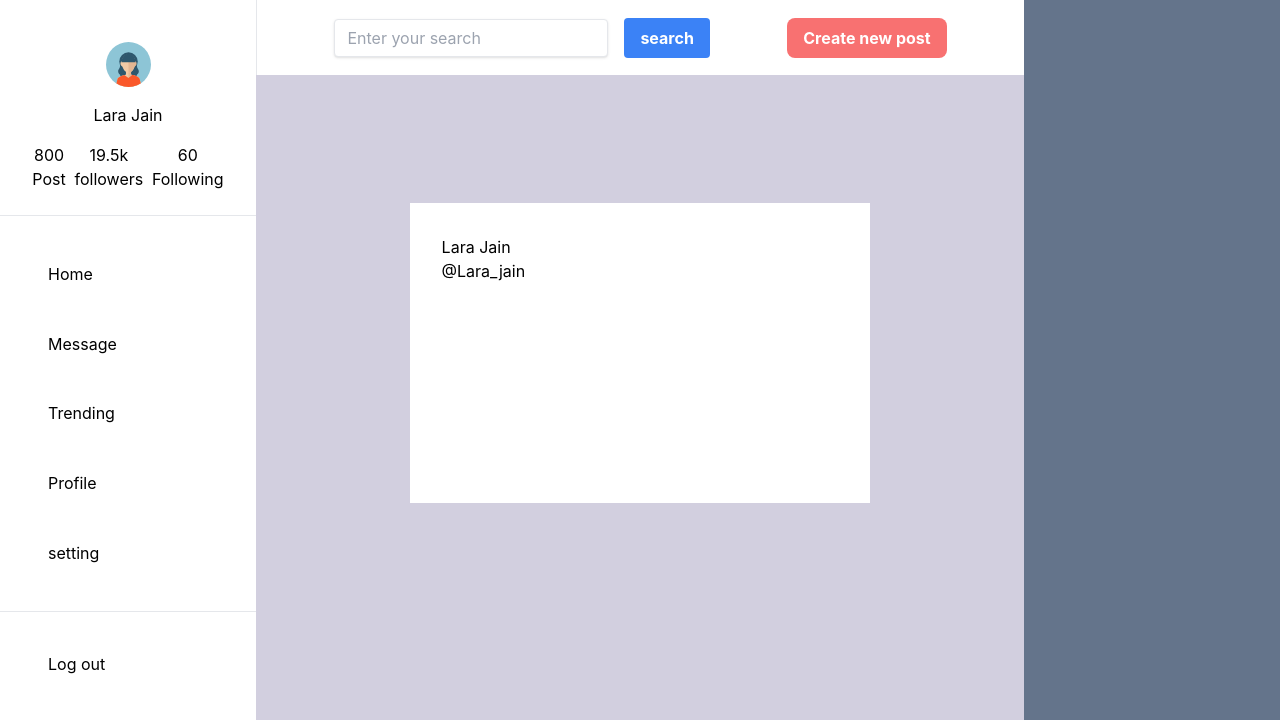
Repository: cosmicswati/upgrad-captions-project
Page: /
These files come from the project's save history. The page is drawn as it stood at one moment and after the next save; the edit follows.
The browser window is 1280 px wide. The pictures show the whole page.
The project was rebuilt for these pictures with package versions that can differ from the ones it lists, and the page was loaded fresh each time. Also part of the build but not shown: src/modules/Authorization/Form.jsx, src/modules/Authorization/index.js.

Above is the page before, as saved 2024-04-09 15:18:27.

### src/index.css
@tailwind base;
@tailwind components;
@tailwind utilities;

body {
  margin: 0;
  font-family: -apple-system, BlinkMacSystemFont, 'Segoe UI', 'Roboto', 'Oxygen',
    'Ubuntu', 'Cantarell', 'Fira Sans', 'Droid Sans', 'Helvetica Neue',
    sans-serif;
  -webkit-font-smoothing: antialiased;
  -moz-osx-font-smoothing: grayscale;
}

code {
  font-family: source-code-pro, Menlo, Monaco, Consolas, 'Courier New',
    monospace;
}

.scrollbar-hide::-webkit-scrollbar{
  display: none;
}

### src/App.js
import Auth from "./modules/Authorization";
import Home from "./modules/Home";


function App() {
  return (
    <div>
      {/* <Auth />  */}
      <Home />
    </div>
  );
}

export default App;

### src/modules/Home/index.js
import React from 'react'
import { ReactComponent as Avatar} from '../../assets/Avatar.svg'
import Input from '../../components/Input';
import Button from '../../components/Button';

const Home = () => {
  return (
    <div className='h-screen bg-[#d2cfdf]  flex overflow-hidden'>
        <div className='w-[20%] bg-white flex flex-col'>
            <div className='h-[30%] flex justify-center items-center border-b'>
                <div className='flex flex-col justify-center items-center'>
                    <Avatar width={'45px'} height={'45px'}/>
                    <p className='my-4'>Lara Jain</p>
                    <div className='h-[30px] flex justify-around w-[200px] text-center'>
                        <div className='flex flex-col justify-around items-center'>
                            <h4>800</h4>
                            <p>Post</p>
                        </div>
                        <div>
                            <h4>19.5k</h4>
                            <p>followers</p>
                        </div>
                        <div>
                            <h4>60</h4>
                            <p>Following</p>
                        </div>
                    </div>
                </div>
            </div>
            <div className='h-[55%] flex flex-col justify-evenly pl-12 border-b'>
                    <div>Home</div>
                    <div>Message</div>
                    <div>Trending</div>
                    <div>Profile</div>
                    <div>setting</div>
            </div>
            <div className='h-[15%] pt-10'>
                <div className='ml-12 cursor-pointer'>Log out</div>
            </div>
        </div>
        <div className='w-[60%] overflow-scroll h-full scrollbar-hide'>
            <div className='bg-white h-[75px] border-l flex justify-evenly items-center pt-4'>
                 <div className='flex justify-center items-center'>
                    <Input placeholder='Enter your search '/>
                    <Button label='search'  className='mb-4 ml-4'/>
                 </div>
                 <Button label='Create new post'  className='rounded-lg bg-red-400 hover:bg-red-500 mb-4'/>
            </div>
            <div className='bg-white w-[60%] h-[300px] mx-auto mt-32 p-8'>
                <div>
                    <h3>Lara Jain</h3>
                    <p>@Lara_jain</p>
                </div>
            </div>
        </div>
        <div className='w-[20%] bg-slate-500'></div>
    </div>
  )
}

export default Home

### src/components/Input/index.js
import React from 'react'

const Input = ({
    name = '',
    label ='',
    type ='',
    placeholder =''
}) => {
  return (
    <div class="mb-4">
        {
          label &&
          <label class="block text-gray-700 text-sm font-bold mb-2" for={name}>
             {label}
          </label>
        }

        <input class="shadow apperance-none border rounded w-full py-2 px-3
         text-gray-700 leading-tight focus:outline-none focus:shadow-outline"
         id={name} type={type} placeholder={placeholder} />

    </div>
  )

}

export default Input

### src/components/Button/index.js
import React from 'react'

const Button = ({
    label ='',
    className =''
}) => {
  return (
    <button className={`bg-blue-500 hover:bg-blue-700 text-white font-bold py-2 px-4 rounded ${className}`}>
      {label}
  </button>
  )
}

export default Button

### tailwind.config.js
/** @type {import('tailwindcss').Config} */
module.exports = {
 mode:'jit',
 purge: [
  './public/**/*.html',
  './src/**/*.{js,jsx,ts,tsx,vue}',
 ],
  content: [
    "./src/**/*.{js,jsx,ts,tsx}",
  ],
  theme: {
    extend: {},
  },
  plugins: [],
}

Loaded but not shown: public/index.html (common file); src/index.js (common file); src/reportWebVitals.js (common file)

After the next save:
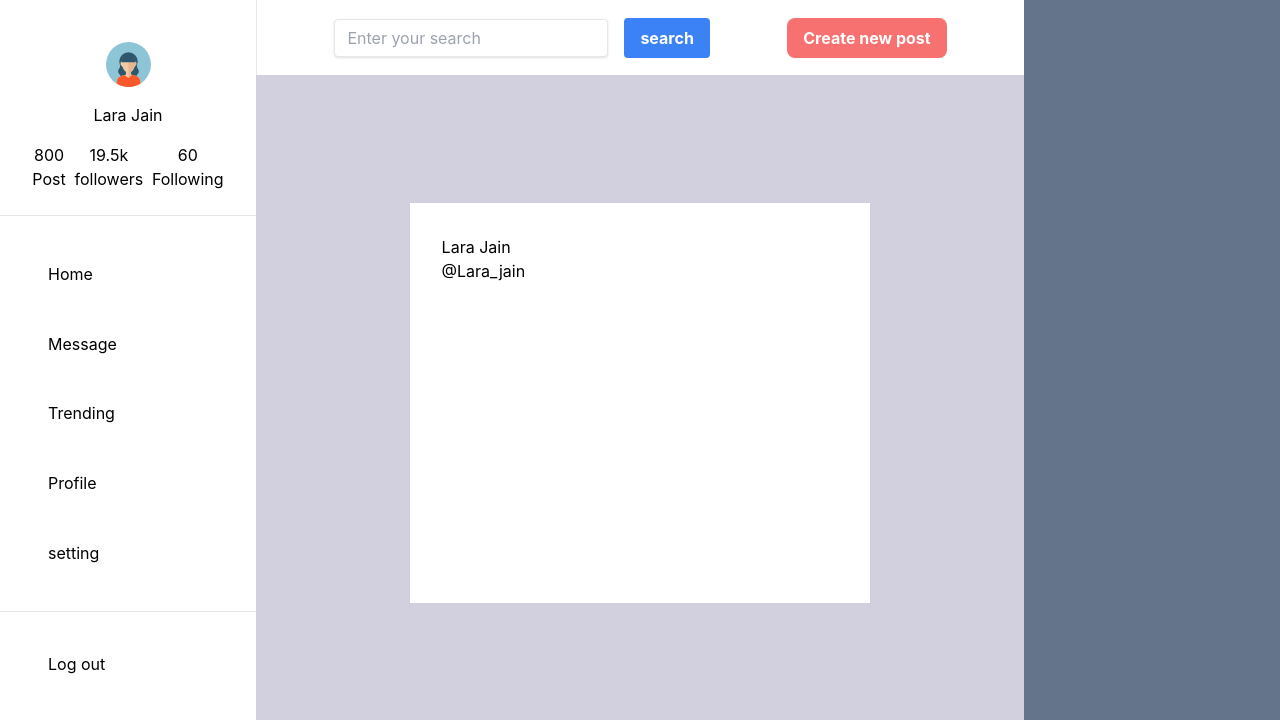
Saved 14 s later.
--- a/src/modules/Home/index.js
+++ b/src/modules/Home/index.js
@@ -46,7 +46,7 @@ const Home = () => {
                  </div>
                  <Button label='Create new post'  className='rounded-lg bg-red-400 hover:bg-red-500 mb-4'/>
             </div>
-            <div className='bg-white w-[60%] h-[300px] mx-auto mt-32 p-8'>
+            <div className='bg-white w-[60%] h-[400px] mx-auto mt-32 p-8'>
                 <div>
                     <h3>Lara Jain</h3>
                     <p>@Lara_jain</p>
